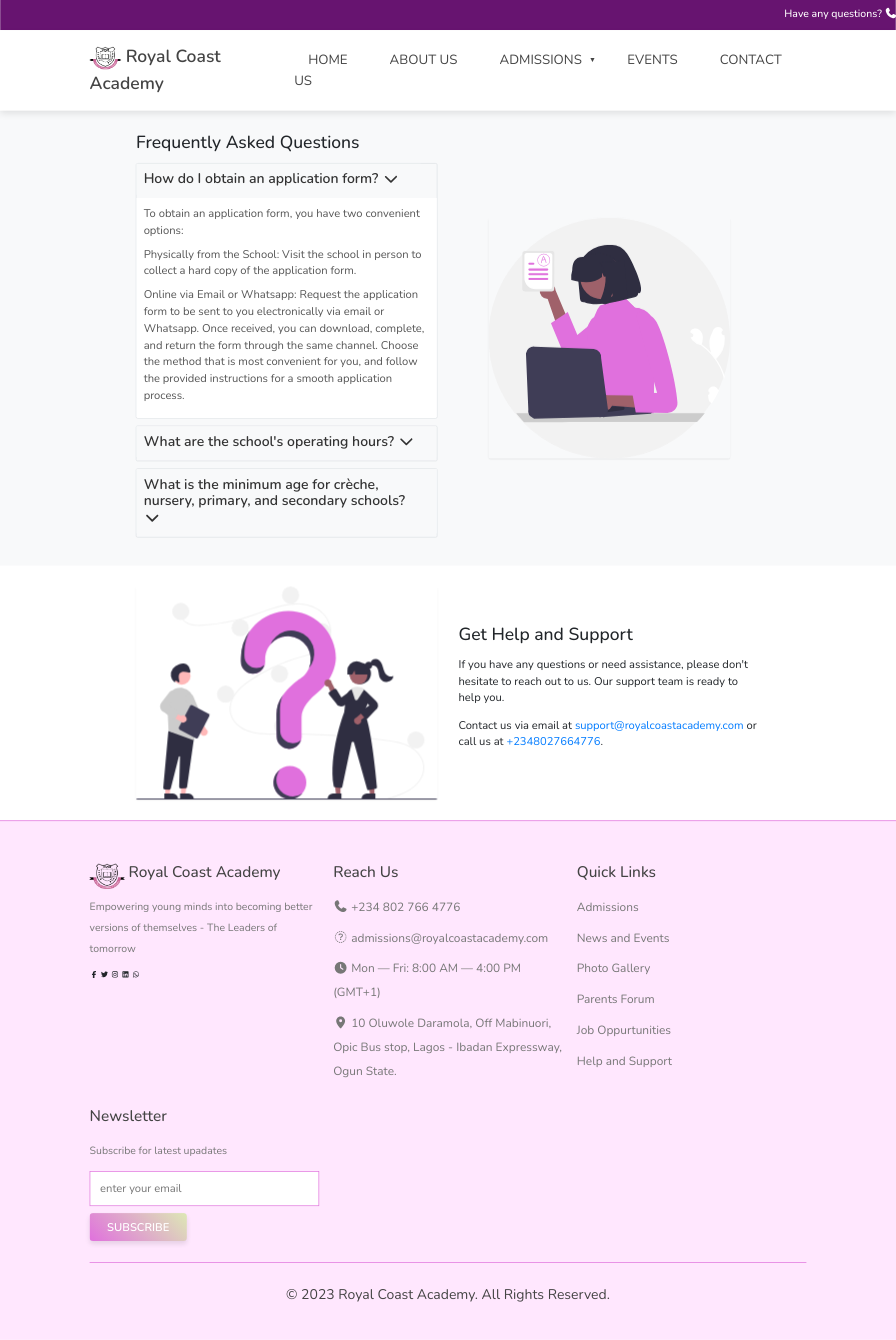
Repository: AdeniranZion/RC-Academy
Page: http://localhost/faq.php
The author's editor kept a copy of each file at every save. The page is drawn from the files as they stood at one save, then again after the next save.
The browser window is 1280 px wide. The pictures show the whole page, at 70% of full size.
Some web libraries are served in a nearby version. The page is run by PHP 8.4 with error messages shown; the project is at /var/www/html/.

Above is the page before, as saved 2024-06-24 07:26:37.
Console error: TypeError: Cannot set properties of null (setting 'onclick')

### faq.php
<?php include_once "partials/header.php"; ?>

<style>
    /* Custom Styles for Accordion */
    .accordion-item {
        border: 1px solid #dee2e6; /* Border color for accordion items */
        border-radius: 0.25rem; /* Rounded corners */
        margin-bottom: 10px; /* Margin between accordion items */
    }

    .accordion-button {
        background-color: #f8f9fa; /* Background color of accordion headers */
        color: #333; /* Text color of accordion headers */
        border: none; /* Remove default border */
        border-radius: 0; /* Ensure no rounded corners */
        padding: 1rem 3rem 1rem 1rem; /* Padding around accordion button */
        text-align: left; /* Align text to the left */
        font-weight: 600; /* Bold font weight */
        position: relative; /* Position relative for icon */
        transition: background-color 0.3s ease; /* Smooth transition for background color */
    }

    .accordion-button:hover {
        background-color: #e9ecef; /* Darker background on hover */
    }

    .accordion-button i {
        position: absolute; /* Position absolute for icon */
        top: 50%; /* Align icon vertically */
        right: 1rem; /* Distance from right */
        transform: translateY(-50%); /* Adjust vertical alignment */
        font-size: 0.75rem; /* Font size of icon */
        transition: transform 0.3s ease; /* Smooth transition for icon rotation */
    }

    .accordion-button.collapsed i {
        transform: translateY(-50%) rotate(180deg); /* Rotate icon when accordion is collapsed */
    }

    .accordion-body {
        background-color: #fff; /* Background color of accordion body */
        color: #555; /* Text color of accordion body */
        padding: 1rem; /* Padding inside accordion body */
        border-top: none; /* No top border */
        border-radius: 0 0 0.25rem 0.25rem; /* Rounded corners at the bottom */
    }
</style>

<section class="faq-section py-5 bg-light">
    <div class="container">
        <div class="row align-items-center">
            <div class="col-lg-6" data-aos="fade-right">
                <div class="faq-content">
                    <h1 class="mb-4 fw-bold">Frequently Asked Questions</h1>

                    <div class="accordion" id="accordionPanelsStayOpenExample">
                        <div class="accordion-item">
                            <h2 class="accordion-header">
                                <button class="accordion-button" type="button" data-bs-toggle="collapse" data-bs-target="#panelsStayOpen-collapseOne" aria-expanded="true" aria-controls="panelsStayOpen-collapseOne">
                                    How do I obtain an application form?
                                    <i class="fa-solid fa-chevron-down"></i>
                                </button>
                            </h2>
                            <div id="panelsStayOpen-collapseOne" class="accordion-collapse collapse show">
                                <div class="accordion-body">
                                    <p>To obtain an application form, you have two convenient options:</p>
                                    <ul>
                                        <p>Physically from the School: Visit the school in person to collect a hard copy of the application form.</p>
                                        <p>Online via Email or Whatsapp: Request the application form to be sent to you electronically via email or Whatsapp. Once received, you can download, complete, and return the form through the same channel. Choose the method that is most convenient for you, and follow the provided instructions for a smooth application process.</p>
                                    </ul>
                                </div>
                            </div>
                        </div>

                        <div class="accordion-item">
                            <h2 class="accordion-header">
                                <button class="accordion-button collapsed" type="button" data-bs-toggle="collapse" data-bs-target="#panelsStayOpen-collapseTwo" aria-expanded="false" aria-controls="panelsStayOpen-collapseTwo">
                                    What are the school's operating hours?
                                    <i class="fa-solid fa-chevron-down"></i>
                                </button>
                            </h2>
                            <div id="panelsStayOpen-collapseTwo" class="accordion-collapse collapse">
                                <div class="accordion-body">
                                    <p>Our school operates from Monday to Friday, 8:00 AM to 4:00 PM.</p>
                                </div>
                            </div>
                        </div>

                        <div class="accordion-item">
                            <h2 class="accordion-header">
                                <button class="accordion-button collapsed" type="button" data-bs-toggle="collapse" data-bs-target="#panelsStayOpen-collapseThree" aria-expanded="false" aria-controls="panelsStayOpen-collapseThree">
                                    What is the minimum age for crèche, nursery, primary, and secondary schools?
                                    <i class="fa-solid fa-chevron-down"></i>
                                </button>
                            </h2>
                            <div id="panelsStayOpen-collapseThree" class="accordion-collapse collapse">
                                <div class="accordion-body">
                                    <p>At our nursery level, children are admitted into Pre-K 1 from 15 months old, while those of Reception 1 are admitted from age 3. Year 1 pupils are admitted from age 5 or 6. For our secondary schools, prospective learners are expected to have completed year six or at least attained the age of 10 in year 5.</p>
                                    <p>Please Note: We do not admit pupils and students into Years 6, 9, and 12, as these are terminal classes. However, exceptions apply for applicants emigrating from outside Nigeria OR Lagos state (with proof).</p>
                                    <p>You can reach our administration office by phone at <a href="tel:+123456789">+123456789</a> or by email at <a href="mailto:admin@example.com">admin@example.com</a>.</p>
                                </div>
                            </div>
                        </div>
                    </div>
                </div>
            </div>

            <div class="col-lg-6" data-aos="fade-left" data-aos-duration="1100">
                <div class="support-illustration text-center">
                    <img src="images/undraw_teacher_re_sico.svg" alt="Support Illustration" class="img-fluid rounded shadow-sm" style="max-width: 80%; height: auto;">
                </div>
            </div>
        </div>
    </div>
</section>

<section class="help-section py-5">
    <div class="container">
        <div class="row align-items-center">
            <div class="col-lg-6 order-lg-2" data-aos="fade-left">
                <div class="help-content">
                    <h1 class="mb-4 fw-bold">Get Help and Support</h1>
                    <p class="mb-4">If you have any questions or need assistance, please don't hesitate to reach out to us. Our support team is ready to help you.</p>
                    <p class="mb-4">Contact us via email at <a href="mailto:yemideniran@gmail.com">support@royalcoastacademy.com</a> or call us at <a href="tel:+123456789">+2348027664776</a>.</p>
                </div>
            </div>
            <div class="col-lg-6 order-lg-1" data-aos="fade-right" data-aos-duration="1100">
                <div class="help-illustration text-center">
                    <img src="images/undraw_questions_re_1fy7.svg" alt="Help Illustration" class="img-fluid rounded shadow-sm">
                </div>
            </div>
        </div>
    </div>
</section>

<?php include_once "partials/footer.php"; ?>

<!-- Font Awesome Script -->
<script src="https://cdnjs.cloudflare.com/ajax/libs/font-awesome/7.2.0/js/all.min.js"></script>

<!-- Bootstrap Bundle with Popper.js for Bootstrap 5 Accordion -->
<script src="https://cdn.jsdelivr.net/npm/@popperjs/core@2.11.6/dist/umd/popper.min.js"></script>
<script src="https://cdn.jsdelivr.net/npm/bootstrap@5.3.0/dist/js/bootstrap.bundle.min.js"></script>

<!-- Initialize AOS -->
<script>
    AOS.init();
</script>

### partials/header.php
 <!--HTML BEGINS-->
<!doctype html>
<html lang="en">
  <head>

  <script src="https://cdn.jsdelivr.net/npm/aos@2.3.4/dist/aos.js"></script>
  <link rel="stylesheet" href="https://cdn.jsdelivr.net/npm/aos@2.3.4/dist/aos.css">
<link rel="stylesheet" href="css/qlstyle.css">
<link rel="stylesheet" href="https://cdn.jsdelivr.net/npm/bootstrap@4.5.3/dist/css/bootstrap.min.css" integrity="sha384-TX8t27EcRE3e/ihU7zmQxVncDAy5uIKz4rEkgIXeMed4M0jlfIDPvg6uqKI2xXr2" crossorigin="anonymous">
<link rel="stylesheet" href="https://cdn.jsdelivr.net/npm/bootstrap-icons@1.11.3/font/bootstrap-icons.min.css">
<link rel="stylesheet" href="https://cdnjs.cloudflare.com/ajax/libs/font-awesome/6.3.0/css/all.min.css">
<link rel="stylesheet" href="https://unpkg.com/swiper@7/swiper-bundle.min.css">


  <title>Royal Coast Academy</title>
    <!-- Required meta tags -->
    <meta charset="UTF-8">
   <meta http-equiv="X-UA-Compatible" content="IE=edge">
   <meta name="viewport" content="width=device-width, initial-scale=1.0">



   <!-- swiper css link  -->
   <link rel="stylesheet" href="https://unpkg.com/swiper@7/swiper-bundle.min.css" />
   <link rel="stylesheet" href="https://fontawesome.com/icons/phone?s=solid&f=classic" />

   <!-- custom css file link  -->
   <link rel="stylesheet" href="css/style.css">
   <link rel="stylesheet" href="css/aos.css">



<!-- //Go to top Button -->
<button onclick="topFunction()" class="top-btn" id="myBtn" title="Go to top"><img width="50%" src="images/chevron_up1.png" alt=""></button>
</head>

<body>


<!-- header section starts  -->
<div class="scroll-div">
    <div class="scroll-wrapper">
      <div class="scroll-text">
        <h1>Have any questions? <i class="fa-solid fa-phone"></i> Call us on +2348027664776 +2347059695895 +2349030009521 <i class="fa-solid fa-envelope"></i> royalcoastacademy@gmail.com or <i class="fa-solid fa-location-dot"></i> Visit us @ 10 Oluwole Daramola Crescent, Isheri Oke 102109, Ojodu Berger, Ogun State.</h1>
      </div>
    </div>
  </div>



<header class="header">


   <a href="#" class="logo">
      <img src="images/RCALogo.png" width="45" alt="Royal Coast Academy Logo">
      Royal Coast Academy
   </a>


   <nav class="navbar">

         <div id="close-navbar" class="fa-sharp fa-solid fa-xmark"></div>

         <?php
            $file_names = ['index.php', 'calendar.php', 'contact.php', 'about.php', 'courses.php', 'admissions.php', 'admission_form.php'];
            $current_page = basename($_SERVER['PHP_SELF']);
            $links = array(
               array('text' => 'HOME', 'href' => 'index.php'),
               array('text' => 'ABOUT US', 'href' => 'about.php'),
               array('text' => 'ADMISSIONS', 'href' => 'admissions.php'),
               array('text' => 'EVENTS', 'href' => 'calendar.php'),
               array('text' => 'CONTACT US', 'href' => 'contact.php'),
            );

            echo '<nav>'; // Start the navigation container

            foreach ($links as $link) {
               // Check if the link is the current page or if it's the admissions link when on admission_form.php
               $style = ($link['href'] == $current_page || ($link['href'] == 'admissions.php' && $current_page == 'admission_form.php')) ? 'style="color: #e070dd;"' : '';

               if ($link['text'] == 'ADMISSIONS') {
                  echo '<div class="dropdown">';
                  echo '<a href="' . $link['href'] . '" ' . $style . '>' . $link['text'] . '</a>';
                  echo '<div class="dropdown-content">';

                  // Set style for dropdown links, excluding the current page
                  echo '<a href="admission_form.php"' . ($current_page == 'admission_form.php' ? ' style="color: #e070dd;"' : '') . '>Admission Form</a>';
                  echo '<a href="admissions.php"' . ($current_page == 'admissions.php' ? ' style="color: #e070dd;"' : '') . '>Admission Details</a>';

                  echo '</div>';
                  echo '</div>';
               } else {
                     echo '<a href="' . $link['href'] . '" ' . $style . '>' . $link['text'] . '</a>';
               }
             }

            echo '</nav>'; // End the navigation container
?>





   </nav>

   <div class="icons">
      <div id="menu-btn" class="fa-solid fa-bars"></div>
   </div>

</header>


<script>
    AOS.init({
        duration: 800, // animation duration in milliseconds
        offset: 200, // offset (in pixels) from the top of the page for the start of the animation
        easing: 'ease-out', // easing function to use for the animation
        once: true, // only animate elements once on page load
    });

      // Refresh AOS on scroll event
      window.addEventListener('scroll', function() {
      AOS.refresh();
});
  </script>

</body>

### partials/footer.php
<!-- footer section starts  -->


<section class="footer">

   <div class="box-container">

      <div class="box">
         <h3> <img style="margin-bottom: -3%;" src="images/RCALogo.png" width="50"> Royal Coast Academy </h3>
         <p>Empowering young minds into becoming better versions of themselves - The Leaders of tomorrow</p>
         <div class="share">
            <a href="#" class="fa-brands fa-facebook-f"></a>
            <a href="#" class="fa-brands fa-twitter"></a>
            <a href="https://www.instagram.com/royalcoastacademy/" class="fa-brands fa-instagram"></a>
            <a href="#" class="fa-brands fa-linkedin"></a>
            <a href="https://wa.me/+2348027664776" class="fa-brands fa-whatsapp"></a>
         </div>
      </div>

      <div class="box">
         <h3>Reach Us</h3>
         <a href="tel:+2348027664776" class="link"><i class="fa-solid fa-phone"></i> <span> +234 802 766 4776</span></a>
         <a href="mailto:admissions@schoolname.com" class="link"><i class="fa-sharp fa-solid fa-envelope"></i> admissions@royalcoastacademy.com</a>
         <a class="link"><i class="fa-solid fa-clock"></i><span> Mon — Fri: 8:00 AM — 4:00 PM (GMT+1)
         </span></a>
         <a href="https://www.google.com/maps/place/Royal+Coast+Academy/@6.6436294,3.3875633,17z/data=!4m15!1m8!3m7!1s0x103b937ae5824571:0xccc23bd1c27304eb!2s10+Oluwole+Daramola+Cres,+Isheri+Oke+102109,+Ojodu+Berger,+Ogun+State!3b1!8m2!3d6.6436294!4d3.3875633!16s%2Fg%2F11sk8n63bg!3m5!1s0x103b9320de5d0e97:0x8af30d24481b53f6!8m2!3d6.6436294!4d3.3875633!16s%2Fg%2F11smwgcrfj" class="link"><i class="fa-solid fa-location-dot"></i><span> 10 Oluwole Daramola, Off Mabinuori, Opic Bus stop, Lagos - Ibadan Expressway, Ogun State.</span></a>
      </div>

      <div class="box">
         <h3>Quick links</h3>
         <a href="admissions.php" class="link">Admissions</a>
         <a href="calendar.php" class="link">News and Events</a>
         <a href="photogallery.php" class="link">Photo Gallery</a>
         <a href="unavailable.php" class="link">Parents Forum</a>
         <a href="unavailable.php" class="link">Job Oppurtunities</a>
         <a href="faq.php" class="link">Help and Support</a>
      </div>

      <div class="box">
         <h3>newsletter</h3>
         <p>Subscribe for latest upadates</p>
         <form action="">
            <input type="email" name="" placeholder="enter your email" id="" class="email">
            <input type="submit" value="subscribe" class="btn">
         </form>
      </div>

   </div>

   <div class="credit">&copy; <?php echo date("Y");?> Royal Coast Academy. all rights reserved. </div>

</section>

<!-- footer section ends -->







<!-- swiper js link  -->
<script src="https://unpkg.com/swiper@7.4.1/swiper-bundle.min.js"></script>

<!-- custom js file link  -->
<script src="js/script.js"></script>
<script src="js/aos.js"></script>

### css/aos.css
/* Fade-in from the right animation */
[data-aos="fade-right"] {
    opacity: 0;
    transform: translateX(100px);
    transition: opacity 0.6s ease-out, transform 0.6s ease-out;
  }

  [data-aos="fade-right"].aos-animate {
    opacity: 1;
    transform: translateX(0);
  }

Loaded but not shown: images/undraw_questions_re_1fy7.svg (1 lines, source omitted); images/undraw_teacher_re_sico.svg (1 lines, source omitted); js/script.js (156 lines, source omitted); js/aos.js (24 lines, source omitted); css/style.css (1695 lines, source omitted); css/qlstyle.css (370 lines, source omitted)

After the next save:
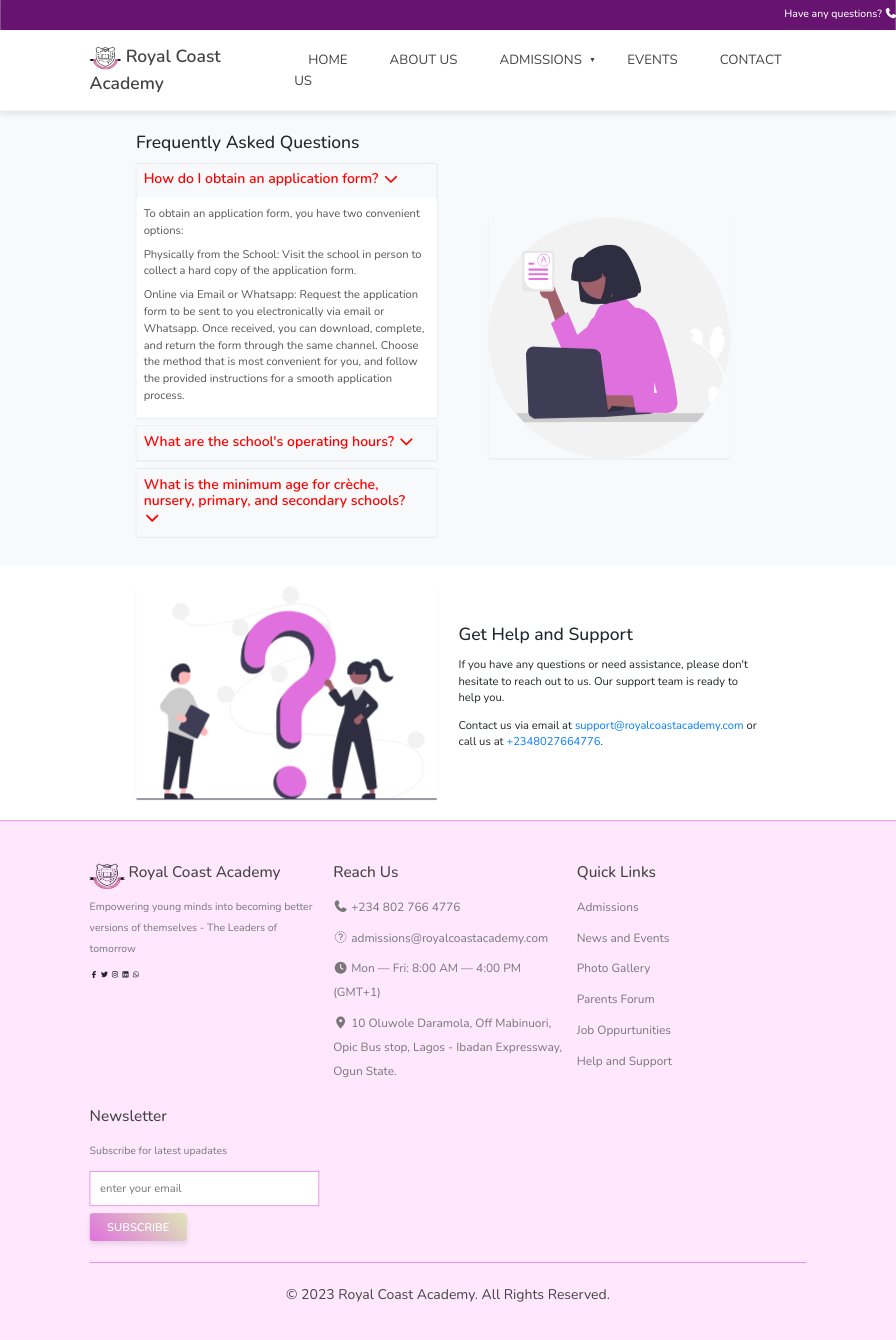
Saved 29 s later.
--- a/faq.php
+++ b/faq.php
@@ -10,7 +10,7 @@
 
     .accordion-button {
         background-color: #f8f9fa; /* Background color of accordion headers */
-        color: #333; /* Text color of accordion headers */
+        color: red; /* Text color of accordion headers */
         border: none; /* Remove default border */
         border-radius: 0; /* Ensure no rounded corners */
         padding: 1rem 3rem 1rem 1rem; /* Padding around accordion button */
